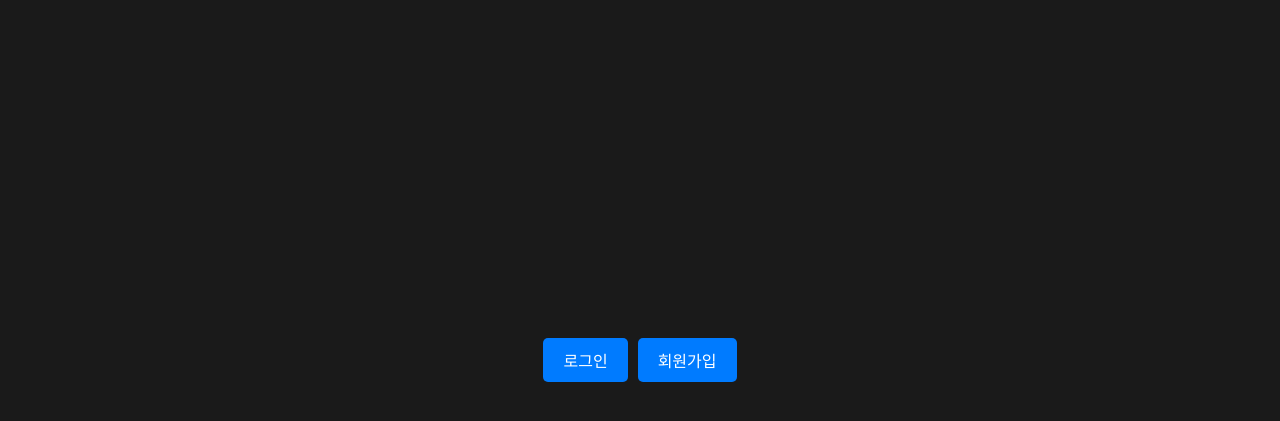
Repository: bbqju13/homework230616
Page: http://localhost/zip/
An editor plug-in stored every save of this project. The page is shown before and after the next save, followed by the edit.
The browser window is 1280 px wide. The pictures show the whole page.
The page is served by Tomcat 9.

Above is the page before, as saved 2023-06-16 06:14:51.

After the next save:
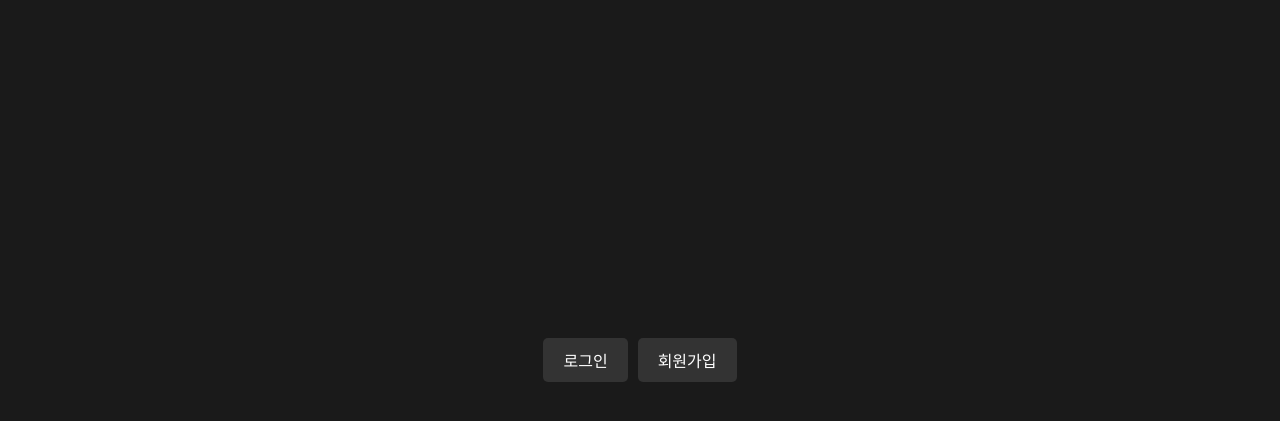
Saved 102 s later.
--- a/zip/src/main/webapp/WEB-INF/views/home.jsp
+++ b/zip/src/main/webapp/WEB-INF/views/home.jsp
@@ -21,12 +21,18 @@ body {
 
 .button {
 	padding: 10px 20px;
-	background-color: #007BFF;
+	background-color: #333;
 	color: #fff;
 	border: none;
 	border-radius: 5px;
 	margin: 5px;
 	text-decoration: none;
+	transition: background-color 0.3s, color 0.3s;
+}
+
+.button:hover {
+	background-color: #fff;
+	color: #000;
 }
 </style>
 
